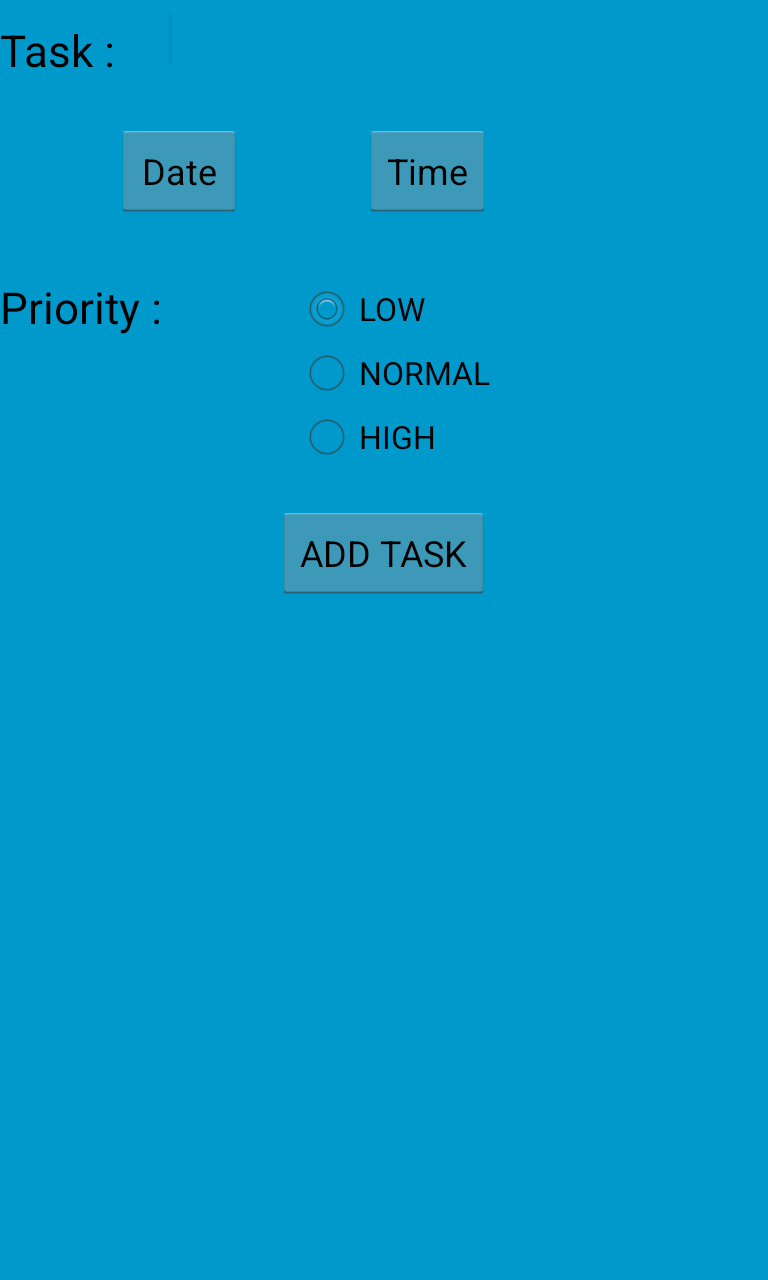
Repository: satyadarls/ToDo
Layout: ToDo/res/layout/customdialog_layout.xml
An editor plug-in stored every save of this project. The layout is shown before and after a run of saves, followed by the edit.
It is drawn on a 768 x 1280 px phone screen (xhdpi) without system bars, with theme AppTheme; the app's code is not run.

Above is the layout before, as saved 2014-07-03 14:44:41.

### ToDo/res/layout/customdialog_layout.xml
<?xml version="1.0" encoding="utf-8"?>
<RelativeLayout xmlns:android="http://schemas.android.com/apk/res/android"
    xmlns:android1="http://schemas.android.com/apk/res/android"
    android:layout_width="match_parent"
    android:layout_height="match_parent"
    android:background="#0099CC" >

    <TextView
        android:id="@+id/textView1"
        android:layout_width="wrap_content"
        android:layout_height="wrap_content"
        android:layout_alignBottom="@+id/dialogTaskText"
        android:layout_alignParentLeft="true"
        android:text="Task :"
        android:textAppearance="?android:attr/textAppearanceLarge" />

    <Button
        android:id="@+id/timebutton"
        android:layout_width="wrap_content"
        android:layout_height="wrap_content"
        android:layout_alignBaseline="@+id/datebutton"
        android:layout_alignBottom="@+id/datebutton"
        android:layout_marginLeft="60dp"
        android:layout_toRightOf="@+id/datebutton"
        android:text="Time" />

    <Button
        android:id="@+id/datebutton"
        android:layout_width="wrap_content"
        android:layout_height="wrap_content"
        android:layout_below="@+id/dialogTaskText"
        android:layout_marginTop="22dp"
        android:layout_toRightOf="@+id/textView1"
        android:text="Date" />

    <EditText
        android:id="@+id/dialogTaskText"
        android:layout_width="wrap_content"
        android:layout_height="wrap_content"
        android:layout_alignLeft="@+id/datebutton"
        android:layout_alignParentTop="true"
        android:layout_marginLeft="15dp"
        android:ems="10" >

        <requestFocus />
    </EditText>

    <RadioGroup
        android1:id="@+id/radioGroup1"
        android1:layout_width="wrap_content"
        android1:layout_height="wrap_content"
        android1:layout_alignRight="@+id/dialogButton"
        android1:layout_below="@+id/timebutton"
        android1:layout_marginTop="29dp" >

        <RadioButton
            android1:id="@+id/radio0"
            android1:layout_width="wrap_content"
            android1:layout_height="wrap_content"
            android1:checked="true"
            android1:text="LOW" />

        <RadioButton
            android1:id="@+id/radio1"
            android1:layout_width="wrap_content"
            android1:layout_height="wrap_content"
            android1:text="NORMAL" />

        <RadioButton
            android1:id="@+id/radio2"
            android1:layout_width="wrap_content"
            android1:layout_height="wrap_content"
            android1:text="HIGH" />
    </RadioGroup>

    <Button
        android1:id="@+id/dialogButton"
        android1:layout_width="wrap_content"
        android1:layout_height="wrap_content"
        android1:layout_below="@+id/radioGroup1"
        android1:layout_centerHorizontal="true"
        android1:layout_marginTop="18dp"
        android1:text="ADD TASK" />

    <TextView
        android1:id="@+id/textView2"
        android1:layout_width="wrap_content"
        android1:layout_height="wrap_content"
        android1:layout_alignParentLeft="true"
        android1:layout_alignTop="@+id/radioGroup1"
        android1:text="Priority :"
        android1:textAppearance="?android:attr/textAppearanceLarge" />

</RelativeLayout>

Loaded but not shown: ToDo/res/values/styles.xml (common file); ToDo/res/values-v11/styles.xml (common file); ToDo/res/values-v14/styles.xml (common file)

After the next 2 saves:
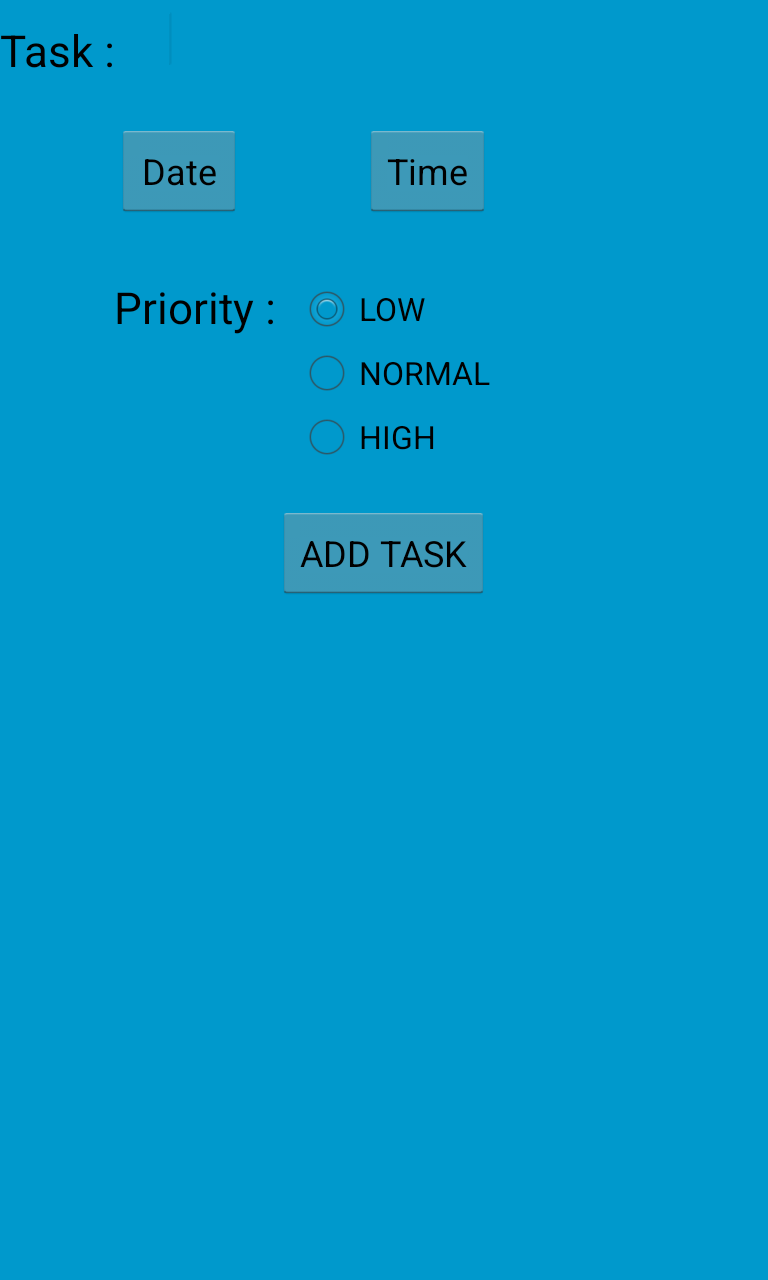
The 2 saves are shown as one change because 1 did not build or start.
The last was saved 110 s later.
--- a/ToDo/res/layout/customdialog_layout.xml
+++ b/ToDo/res/layout/customdialog_layout.xml
@@ -46,49 +46,49 @@
     </EditText>
 
     <RadioGroup
-        android1:id="@+id/radioGroup1"
-        android1:layout_width="wrap_content"
-        android1:layout_height="wrap_content"
-        android1:layout_alignRight="@+id/dialogButton"
-        android1:layout_below="@+id/timebutton"
-        android1:layout_marginTop="29dp" >
+        android:id="@+id/radioGroup1"
+        android:layout_width="wrap_content"
+        android:layout_height="wrap_content"
+        android:layout_alignRight="@+id/dialogButton"
+        android:layout_below="@+id/timebutton"
+        android:layout_marginTop="29dp" >
 
         <RadioButton
-            android1:id="@+id/radio0"
-            android1:layout_width="wrap_content"
-            android1:layout_height="wrap_content"
-            android1:checked="true"
-            android1:text="LOW" />
+            android:id="@+id/radio0"
+            android:layout_width="wrap_content"
+            android:layout_height="wrap_content"
+            android:checked="true"
+            android:text="LOW" />
 
         <RadioButton
-            android1:id="@+id/radio1"
-            android1:layout_width="wrap_content"
-            android1:layout_height="wrap_content"
-            android1:text="NORMAL" />
+            android:id="@+id/radio1"
+            android:layout_width="wrap_content"
+            android:layout_height="wrap_content"
+            android:text="NORMAL" />
 
         <RadioButton
-            android1:id="@+id/radio2"
-            android1:layout_width="wrap_content"
-            android1:layout_height="wrap_content"
-            android1:text="HIGH" />
+            android:id="@+id/radio2"
+            android:layout_width="wrap_content"
+            android:layout_height="wrap_content"
+            android:text="HIGH" />
     </RadioGroup>
 
     <Button
-        android1:id="@+id/dialogButton"
-        android1:layout_width="wrap_content"
-        android1:layout_height="wrap_content"
-        android1:layout_below="@+id/radioGroup1"
-        android1:layout_centerHorizontal="true"
-        android1:layout_marginTop="18dp"
-        android1:text="ADD TASK" />
+        android:id="@+id/dialogButton"
+        android:layout_width="wrap_content"
+        android:layout_height="wrap_content"
+        android:layout_below="@+id/radioGroup1"
+        android:layout_centerHorizontal="true"
+        android:layout_marginTop="18dp"
+        android:text="ADD TASK" />
 
     <TextView
-        android1:id="@+id/textView2"
-        android1:layout_width="wrap_content"
-        android1:layout_height="wrap_content"
-        android1:layout_alignParentLeft="true"
-        android1:layout_alignTop="@+id/radioGroup1"
-        android1:text="Priority :"
-        android1:textAppearance="?android:attr/textAppearanceLarge" />
+        android:id="@+id/textView2"
+        android:layout_width="wrap_content"
+        android:layout_height="wrap_content"
+        android:layout_alignTop="@+id/radioGroup1"
+        android:layout_toLeftOf="@+id/dialogButton"
+        android:text="Priority :"
+        android:textAppearance="?android:attr/textAppearanceLarge" />
 
 </RelativeLayout>
